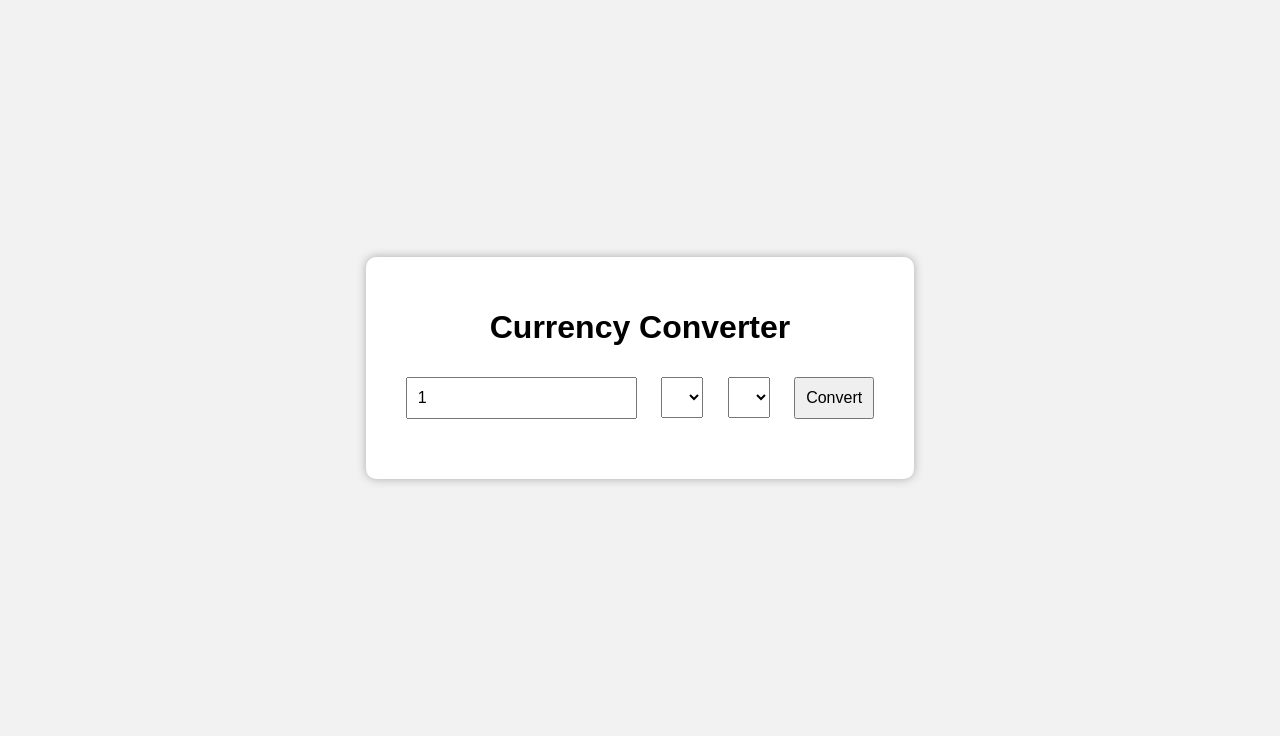
Repository: JainishSuthar3737/mini-projects
Page: currency converter/index.html
An editor plug-in stored every save of this project. The page is shown before and after the next save, followed by the edit.
The browser window is 1280 px wide. The pictures show the whole page.

Above is the page before, as saved 2025-09-22 12:56:37.

### currency converter/index.html
<!DOCTYPE html>
<html lang="en">

<head>
    <meta charset="UTF-8">
    <meta name="viewport" content="width=device-width, initial-scale=1.0">
    <title>Currency Converter</title>
    <link rel="stylesheet" href="style.css">
</head>

<body>
    <div class="container">
        <h1>Currency Converter</h1>
        <div class="converter">
            <input type="number" id="amount" placeholder="Enter amount" value="1">

            <select id="from-currency">
                <!-- Options added by JS -->
            </select>

            <select id="to-currency">
                <!-- Options added by JS -->
            </select>

            <button id="convert-btn">Convert</button>
            <p id="result"></p>
        </div>
    </div>
    <script src="script.js"></script>
</body>

</html>

### currency converter/style.css
body {
    font-family: Arial, sans-serif;
    background-color: #f2f2f2;
    display: flex;
    justify-content: center;
    align-items: center;
    height: 100vh;
}

.container {
    background-color: white;
    padding: 30px;
    border-radius: 10px;
    box-shadow: 0px 0px 10px #aaa;
    text-align: center;
}

input, select, button {
    margin: 10px;
    padding: 10px;
    font-size: 16px;
}

button {
    cursor: pointer;
}

#result {
    margin-top: 20px;
    font-weight: bold;
    font-size: 18px;
}

### currency converter/script.js
const convertBtn = document.getElementById("convert-btn");
const amountInput = document.getElementById("amount");
const fromCurrency = document.getElementById("from-currency");
const toCurrency = document.getElementById("to-currency");
const result = document.getElementById("result");

// Hardcoded exchange rates for simplicity
const exchangeRates = {
  USD: { USD: 1, EUR: 0.91, INR: 82.5 },
  EUR: { USD: 1.1, EUR: 1, INR: 90.5 },
  INR: { USD: 0.012, EUR: 0.011, INR: 1 },
};

convertBtn.addEventListener("click", () => {
  const amount = parseFloat(amountInput.value);
  if (isNaN(amount)) {
    result.textContent = "Please enter a valid number";
    return;
  }
  const from = fromCurrency.value;
  const to = toCurrency.value;
  const converted = amount * exchangeRates[from][to];
  result.textContent = `${amount} ${from} = ${converted.toFixed(2)} ${to}`;
});

After the next save:
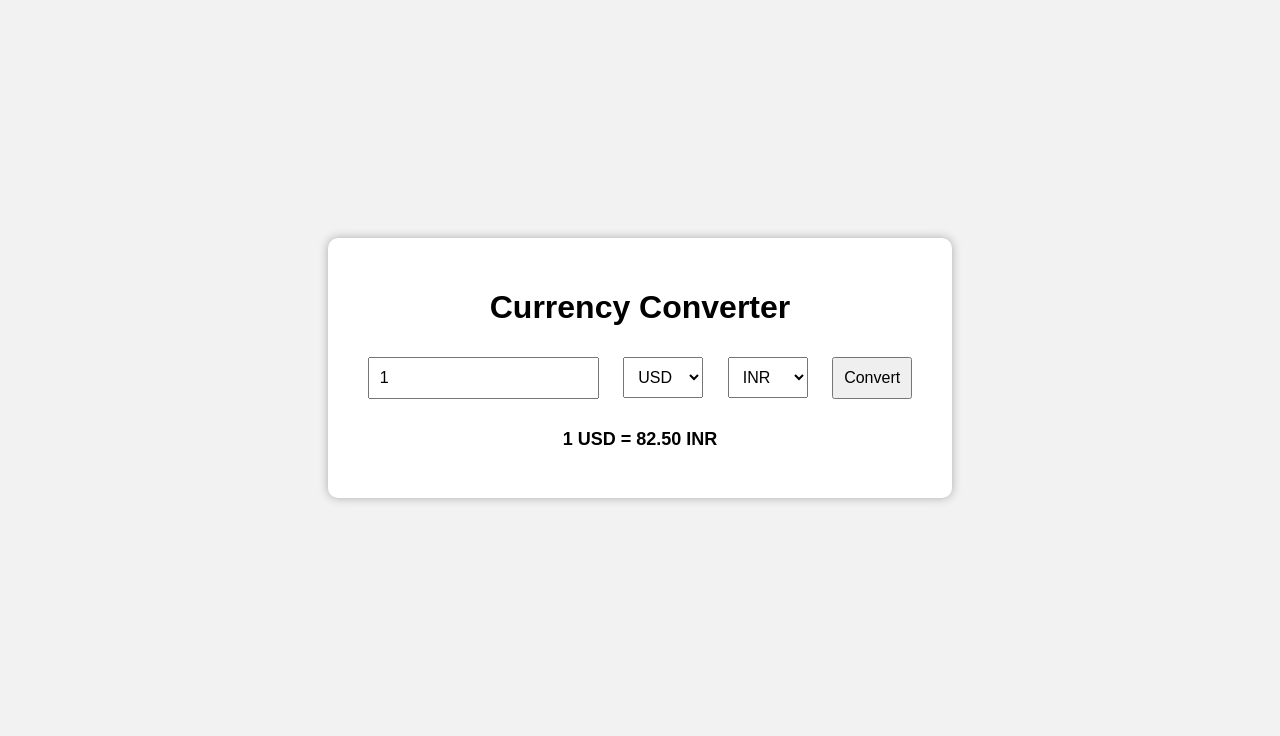
Saved 20 s later.
--- a/currency converter/script.js
+++ b/currency converter/script.js
@@ -4,21 +4,94 @@ const fromCurrency = document.getElementById("from-currency");
 const toCurrency = document.getElementById("to-currency");
 const result = document.getElementById("result");
 
-// Hardcoded exchange rates for simplicity
+// List of currencies
+const currencies = [
+  "USD",
+  "EUR",
+  "INR",
+  "GBP",
+  "JPY",
+  "AUD",
+  "CAD",
+  "CHF",
+  "CNY",
+  "NZD",
+  "SGD",
+  "HKD",
+  "SEK",
+  "KRW",
+  "NOK",
+  "MXN",
+  "BRL",
+  "ZAR",
+  "RUB",
+  "TRY",
+];
+
+// Hardcoded exchange rates with base USD (1 USD = ?)
 const exchangeRates = {
-  USD: { USD: 1, EUR: 0.91, INR: 82.5 },
-  EUR: { USD: 1.1, EUR: 1, INR: 90.5 },
-  INR: { USD: 0.012, EUR: 0.011, INR: 1 },
+  USD: {
+    USD: 1,
+    EUR: 0.91,
+    INR: 82.5,
+    GBP: 0.78,
+    JPY: 150,
+    AUD: 1.5,
+    CAD: 1.35,
+    CHF: 0.91,
+    CNY: 7.2,
+    NZD: 1.6,
+    SGD: 1.35,
+    HKD: 7.8,
+    SEK: 10,
+    KRW: 1340,
+    NOK: 10,
+    MXN: 18,
+    BRL: 5,
+    ZAR: 19,
+    RUB: 96,
+    TRY: 29,
+  },
 };
 
+// Add other currencies relative to USD for simplicity
+currencies.forEach((cur) => {
+  if (!exchangeRates[cur]) {
+    exchangeRates[cur] = {};
+    currencies.forEach((toCur) => {
+      // Just convert via USD
+      exchangeRates[cur][toCur] =
+        exchangeRates["USD"][toCur] / exchangeRates["USD"][cur];
+    });
+  }
+});
+
+// Populate select options
+currencies.forEach((cur) => {
+  fromCurrency.innerHTML += `<option value="${cur}" ${
+    cur === "USD" ? "selected" : ""
+  }>${cur}</option>`;
+  toCurrency.innerHTML += `<option value="${cur}" ${
+    cur === "INR" ? "selected" : ""
+  }>${cur}</option>`;
+});
+
+// Convert function
 convertBtn.addEventListener("click", () => {
   const amount = parseFloat(amountInput.value);
   if (isNaN(amount)) {
     result.textContent = "Please enter a valid number";
     return;
   }
+
   const from = fromCurrency.value;
   const to = toCurrency.value;
+
   const converted = amount * exchangeRates[from][to];
   result.textContent = `${amount} ${from} = ${converted.toFixed(2)} ${to}`;
 });
+
+// Perform default conversion on page load (1 USD → INR)
+window.addEventListener("load", () => {
+  convertBtn.click();
+});
